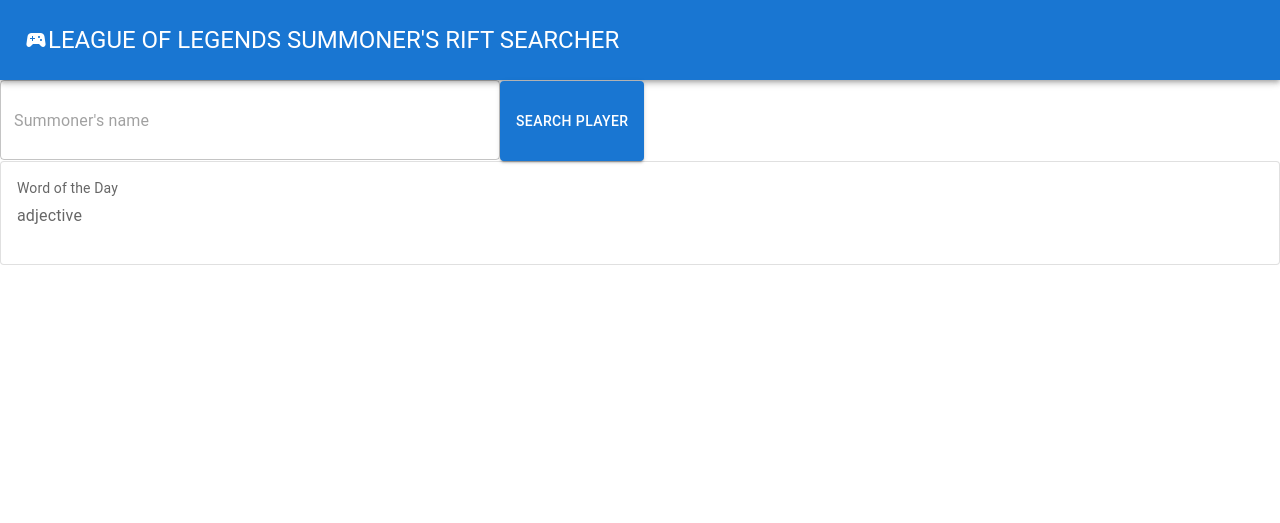
Repository: Mikerr21/League-Of-Legends-API
Page: /
These files come from the project's save history. The page is drawn as it stood at one moment and after a run of saves; the edit follows.
The browser window is 1280 px wide. The pictures show the whole page.
The page's requests for data from a server got no answer. The project was rebuilt for these pictures with package versions that can differ from the ones it lists, and the page was loaded fresh each time. No one was signed in, and anything a server would have sent is missing.

Above is the page before, as saved 2022-09-24 22:06:26.

After the next 2 saves:
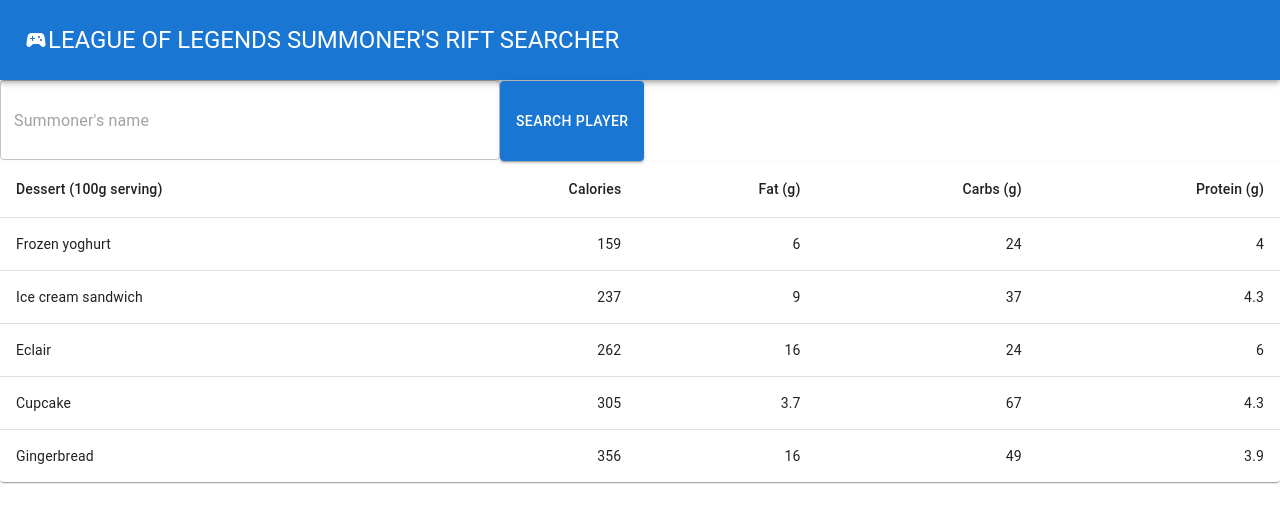
The 2 saves are shown as one change because 1 did not build or start.
The last was saved 2 min 9 s later.
--- a/src/App.js
+++ b/src/App.js
@@ -10,22 +10,28 @@
 import { Typography } from "@mui/material";
 import { Button } from "@mui/material";
 import { Box } from "@mui/material";
-import Card from "@mui/material/Card";
-import CardActions from "@mui/material/CardActions";
-import CardContent from "@mui/material/CardContent";
 
-const card = (
-  <React.Fragment>
-    <CardContent>
-      <Typography sx={{ fontSize: 14 }} color="text.secondary" gutterBottom>
-        Word of the Day
-      </Typography>
-      <Typography sx={{ mb: 1.5 }} color="text.secondary">
-        adjective
-      </Typography>
-    </CardContent>
-  </React.Fragment>
-);
+import Table from '@mui/material/Table';
+import TableBody from '@mui/material/TableBody';
+import TableCell from '@mui/material/TableCell';
+import TableContainer from '@mui/material/TableContainer';
+import TableHead from '@mui/material/TableHead';
+import TableRow from '@mui/material/TableRow';
+import Paper from '@mui/material/Paper';
+
+function createData(name, calories, fat, carbs, protein) {
+  return { name, calories, fat, carbs, protein };
+}
+
+const rows = [
+  createData('Frozen yoghurt', 159, 6.0, 24, 4.0),
+  createData('Ice cream sandwich', 237, 9.0, 37, 4.3),
+  createData('Eclair', 262, 16.0, 24, 6.0),
+  createData('Cupcake', 305, 3.7, 67, 4.3),
+  createData('Gingerbread', 356, 16.0, 49, 3.9),
+];
+
+
 
 function App() {
   const [searchPlayer, setSearchPlayer] = useState("");
@@ -79,10 +85,35 @@
         </Button>
       </Box>
       {JSON.stringify(playerData.data)}
-
-      <Box sx={{ minWidth: 275 }}>
-        <Card variant="outlined">{card}</Card>
-      </Box>
+      <TableContainer component={Paper}>
+      <Table sx={{ minWidth: 650 }} aria-label="simple table">
+        <TableHead>
+          <TableRow>
+            <TableCell>Dessert (100g serving)</TableCell>
+            <TableCell align="right">Calories</TableCell>
+            <TableCell align="right">Fat&nbsp;(g)</TableCell>
+            <TableCell align="right">Carbs&nbsp;(g)</TableCell>
+            <TableCell align="right">Protein&nbsp;(g)</TableCell>
+          </TableRow>
+        </TableHead>
+        <TableBody>
+          {rows.map((row) => (
+            <TableRow
+              key={row.name}
+              sx={{ '&:last-child td, &:last-child th': { border: 0 } }}
+            >
+              <TableCell component="th" scope="row">
+                {row.name}
+              </TableCell>
+              <TableCell align="right">{row.calories}</TableCell>
+              <TableCell align="right">{row.fat}</TableCell>
+              <TableCell align="right">{row.carbs}</TableCell>
+              <TableCell align="right">{row.protein}</TableCell>
+            </TableRow>
+          ))}
+        </TableBody>
+      </Table>
+    </TableContainer>
     </div>
   );
 }
